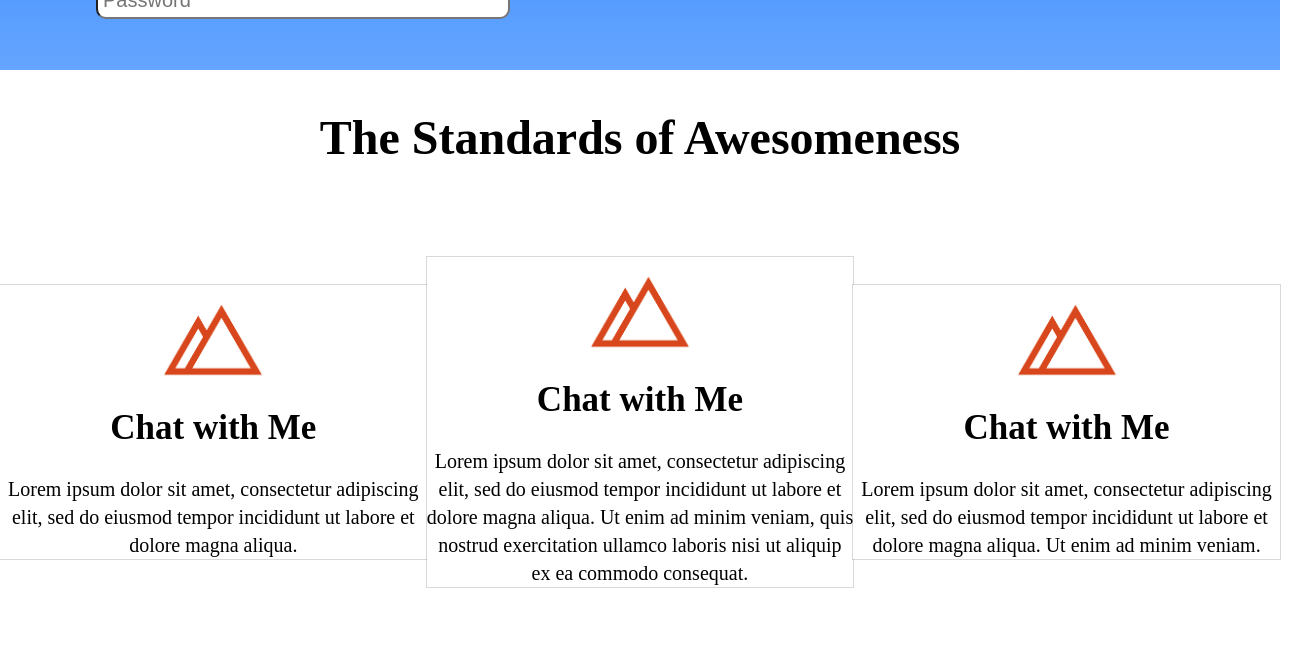
Repository: jesar-enl/My-CSS-Website
Page: index.html
The author's editor kept a copy of each file at every save. The page is drawn from the files as they stood at one save, then again after a run of saves.
The browser window is 1280 px wide. The page is 1296 px wide, so the pictures cover 1296 px, including what lies to the right of the window. The pictures show the part of the page from y = 430 to 1088 px (the page is 1088 px tall).

Above is the page before, as saved 2022-07-27 13:06:16.

### index.html
<!DOCTYPE html>
<html lang="en">
  <head>
    <meta charset="UTF-8" />
    <meta http-equiv="X-UA-Compatible" content="IE=edge" />
    <meta name="viewport" content="width=device-width, initial-scale=1.0" />
    <title>My CSS website</title>
    <link rel="stylesheet" href="style.css" />
  </head>
  <body>
    <nav>
      <ul class="topnav" id="dropdownClick">
        <li><a href="#home">Home</a></li>
        <li><a href="#contact">Contact</a></li>
        <li><a href="#news">News</a></li>
        <li><a href="#about">About</a></li>
        <li class="topnav-right"><a href="#signup">SignUp</a></li>
        <li class="topnav-right"><a href="#login">LogIn</a></li>

        <!--
          This unicode is called 'Trigram for Heaven'.
          It can be used to hide the menu when we shrink the screen to a mobile sized.

          Thousands of unicode characters can be accessed from the unicode table 'https://unicode-table.com/en/'
        -->

        <li class="dropdown">
          <!--
            Having the href like this is to inform the browser
            that perform this link as a javascript command,
            heading to nowhere. Stay around this page.
          -->

          <a href="javascript:void(0);" onclick="handleClick()">&#9776;</a>
        </li>
      </ul>
    </nav>

    <div class="container" id="section-1-gradient">
      <div class="row">
        <div class="col-6">
          <div class="leftSideCol">
            <h1 class="large">Crazy Radness</h1>
            <h1 class="large">Made for Developers</h1>
          </div>
          <form action="">
            <div class="leftSideCol">
              <h2>Username</h2>
              <input
                type="text"
                class="inputbox"
                placeholder="Username"
                name="username"
              />
              <h2>Password</h2>
              <input type="password" name="password" placeholder="Password" />
            </div>
          </form>
        </div>
        <div class="col-6">
          <div class="rightSideCol videoContainer">
            <iframe
              width="560"
              height="315"
              src="https://www.youtube.com/embed/ZxKM3DCV2kE"
              title="YouTube video player"
              frameborder="0"
              allow="accelerometer; autoplay; clipboard-write; encrypted-media; gyroscope; picture-in-picture"
              allowfullscreen
            ></iframe>
          </div>
        </div>
      </div>
    </div>

    <header>
      <h1 class="section-2-header">The Standards of Awesomeness</h1>
    </header>

    <div class="container">
      <div class="row">
        <div class="col-4">
          <div class="box">
            <div class="icon">
              <img class="dev" src="devslopes.png" alt="dev icon" />
            </div>
            <label for="">Chat with Me</label>
            <p>
              Lorem ipsum dolor sit amet, consectetur adipiscing elit, sed do
              eiusmod tempor incididunt ut labore et dolore magna aliqua.
            </p>
          </div>
        </div>
        <div class="col-4">
          <div class="box">
            <div class="icon">
              <img class="dev" src="devslopes.png" alt="dev icon" />
            </div>
            <label for="">Chat with Me</label>
            <p>
              Lorem ipsum dolor sit amet, consectetur adipiscing elit, sed do
              eiusmod tempor incididunt ut labore et dolore magna aliqua. Ut
              enim ad minim veniam, quis nostrud exercitation ullamco laboris
              nisi ut aliquip ex ea commodo consequat.
            </p>
          </div>
        </div>
        <div class="col-4">
          <div class="box">
            <div class="icon">
              <img class="dev" src="devslopes.png" alt="dev icon" />
            </div>
            <label for="">Chat with Me</label>
            <p>
              Lorem ipsum dolor sit amet, consectetur adipiscing elit, sed do
              eiusmod tempor incididunt ut labore et dolore magna aliqua. Ut
              enim ad minim veniam.
            </p>
          </div>
        </div>
      </div>
    </div>
    <script src="index.js"></script>
  </body>
</html>

### style.css
/* ########## Defaults ########### */

nav,
header,
footer {
  display: block;
}

body {
  line-height: 1.5;
  margin: 0;
}

label {
  font-size: 35px;
  font-weight: 800;
}

p {
  font-size: 20px;
  line-height: 1.4;
}

.container {
  width: 100%;
  margin: auto;
  padding-top: 4%;
  padding-bottom: 4%;
}

.row {
  width: 100%;
  display: flex;
  flex-wrap: wrap;
  align-items: center;
}

.row::after {
  display: table;
  clear: both;
  content: '';
}

.col-1 {
  width: 8.33%;
}
.col-2 {
  width: 16.66%;
}
.col-3 {
  width: 25%;
}
.col-4 {
  width: 33.33%;
}
.col-5 {
  width: 41.66%;
}
.col-6 {
  width: 50%;
}
.col-7 {
  width: 58.33%;
}
.col-8 {
  width: 66.66%;
}
.col-9 {
  width: 75%;
}
.col-10 {
  width: 83.33%;
}
.col-11 {
  width: 91.66%;
}
.col-12 {
  width: 100%;
}

/* ######### Navigation Bar ######## */

nav {
  width: 100%;
  margin: 0;
}

nav ul {
  background-color: #eee;
  overflow: hidden;
  margin: 0;
  padding: 0;
}
/* the list-style removes the bullet points from the list items */
ul.topnav li {
  list-style: none;
  float: left;
}

ul.topnav li.topnav-right {
  float: right;
}

ul.topnav li a {
  display: block;
  text-decoration: none;
  min-height: 1.5rem;
  text-align: center;
  padding: 14px;
  text-transform: uppercase;
  color: #665;
}

ul.topnav li a:hover {
  background-color: #7ab6f3;
  color: #fff;
}

.dropdown {
  display: none;
}

/* #################### Custom styles ################## */

#section-1-gradient {
  background: #076dff;
  background: -webkit-gradient(#076dff, #65a5ff);
  background: -o-linear-gradient(#076dff, #65a5ff);
  background: -moz-linear-gradient(#076dff, #65a5ff);
  background: linear-gradient(#076dff, #65a5ff);
}

.box {
  text-align: center;
  margin: auto;
  background-color: #fff;
  /*
    The "box-shadow" syntax is as follows:

    box-shadow: horizontal-length vertical-length blur-radius spread-radius rgba(r, g, b, opacity);
  */
  box-shadow: 0 0 0 1px rgba(0, 0, 0, 0.15);
}

.leftSideCol {
  margin-left: 15%;
}

.rightSideCol {
  margin-left: 15%;
}

.large {
  color: #fff;
  font-size: 2.2rem;
  margin: 0;
  line-height: 1.7;
}

.section-2-header {
  font-size: 3rem;
  text-align: center;
}

input[type='text'] {
  font-size: 20px;
  width: 400px;
  min-width: 100px;
  padding: 5px;
  border-radius: 10px;
}

form h2 {
  color: #fff;
}

input[type='password'] {
  font-size: 20px;
  width: 400px;
  padding: 5px;
  min-width: 100px;
  border-radius: 10px;
}

.icon {
  width: 100%;
}

.dev {
  width: 110px;
  height: 110px;
}

/* ############ Media Query ########### */

@media screen and (max-width: 680px) {
  /*
    This tells the browser to hide all the list
    elements of the nav bar except the first one.
  */

  ul.topnav li:not(:nth-child(1)) {
    display: none;
  }

  ul.topnav li.dropdown {
    display: block;
    float: right;
  }

  ul.topnav.responsive li.dropdown {
    position: absolute;
    top: 0;
    right: 0;
  }

  ul.topnav.responsive {
    position: relative;
  }

  /* Places the list items in a row manner. */
  ul.topnav.responsive li {
    display: inline;
    float: none;
  }

  ul.topnav.responsive li a {
    /* displays the items in a manner of stacking on top of each other. */
    display: block;
    text-align: left;
  }

  .col-6 {
    width: 100%;
    margin: 0;
  }

  .rightSideCol {
    margin-top: 5%;
  }

  .videoContainer iframe {
    position: relative;
    width: 100%;
    margin: 0;
    overflow: hidden;
  }

  leftSideCol,
  rightSideCol {
    margin: 15px;
  }

  input[type='text'] {
    width: 300px;
  }

  input[type='password'] {
    width: 300px;
  }
}

@media screen and (max-width: 890px) {
  /*
    This tells the browser to hide all the list
    elements of the nav bar except the first one.
  */

  ul.topnav li:not(:nth-child(1)) {
    display: none;
  }

  ul.topnav li.dropdown {
    display: block;
    float: right;
  }

  ul.topnav.responsive li.dropdown {
    position: absolute;
    top: 0;
    right: 0;
  }

  ul.topnav.responsive {
    position: relative;
  }

  /* Places the list items in a row manner. */
  ul.topnav.responsive li {
    display: inline;
    float: none;
  }

  ul.topnav.responsive li a {
    /* displays the items in a manner of stacking on top of each other. */
    display: block;
    text-align: left;
  }

  .col-6 {
    width: 100%;
    margin: 0;
  }

  .rightSideCol {
    margin-top: 5%;
    max-width: 300px;
  }

  .videoContainer iframe {
    position: relative;
    width: 100%;
  }
}

### index.js
function handleClick() {
  var list = document.getElementById('dropdownClick');
  if (list.className === 'topnav') {
    list.className += ' responsive';
    // change topnav to topnav.responsive
  } else {
    list.className = 'topnav';
  }
}

After the next 3 saves:
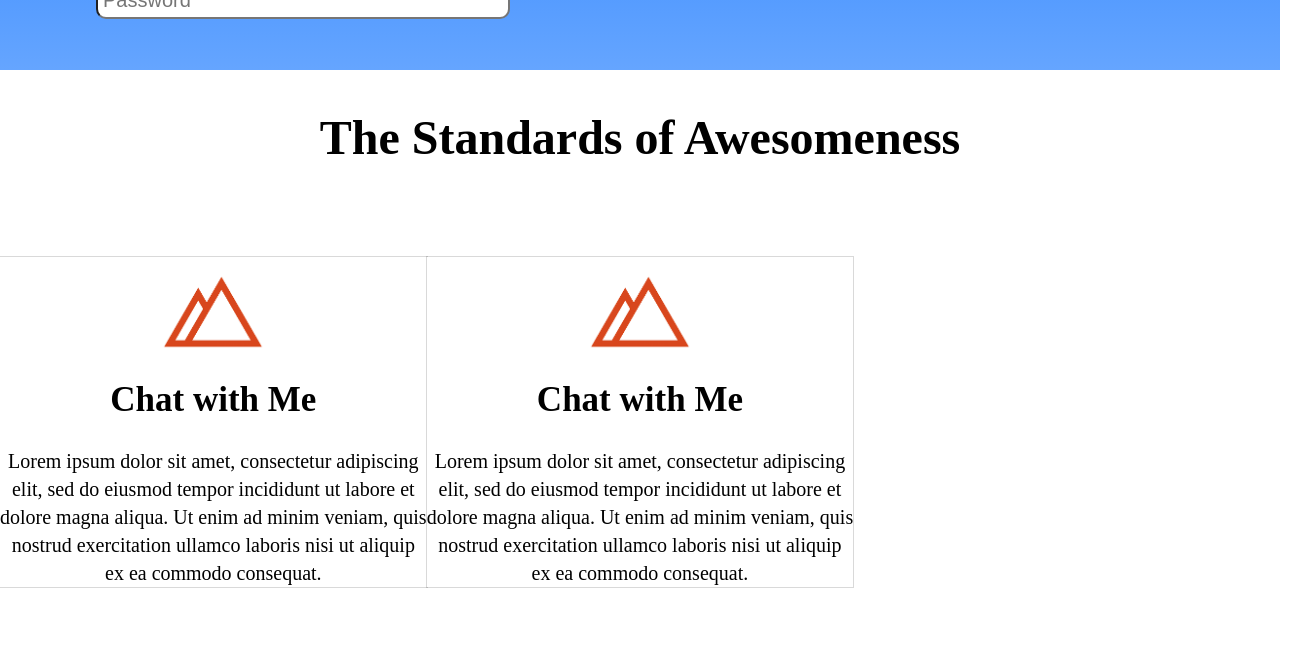
The 3 saves are shown as one change because they came seconds apart.
The last was saved 17 s later.
--- a/index.html
+++ b/index.html
@@ -87,7 +87,9 @@
             <label for="">Chat with Me</label>
             <p>
               Lorem ipsum dolor sit amet, consectetur adipiscing elit, sed do
-              eiusmod tempor incididunt ut labore et dolore magna aliqua.
+              eiusmod tempor incididunt ut labore et dolore magna aliqua. Ut
+              enim ad minim veniam, quis nostrud exercitation ullamco laboris
+              nisi ut aliquip ex ea commodo consequat.
             </p>
           </div>
         </div>
@@ -105,19 +107,6 @@
             </p>
           </div>
         </div>
-        <div class="col-4">
-          <div class="box">
-            <div class="icon">
-              <img class="dev" src="devslopes.png" alt="dev icon" />
-            </div>
-            <label for="">Chat with Me</label>
-            <p>
-              Lorem ipsum dolor sit amet, consectetur adipiscing elit, sed do
-              eiusmod tempor incididunt ut labore et dolore magna aliqua. Ut
-              enim ad minim veniam.
-            </p>
-          </div>
-        </div>
       </div>
     </div>
     <script src="index.js"></script>
